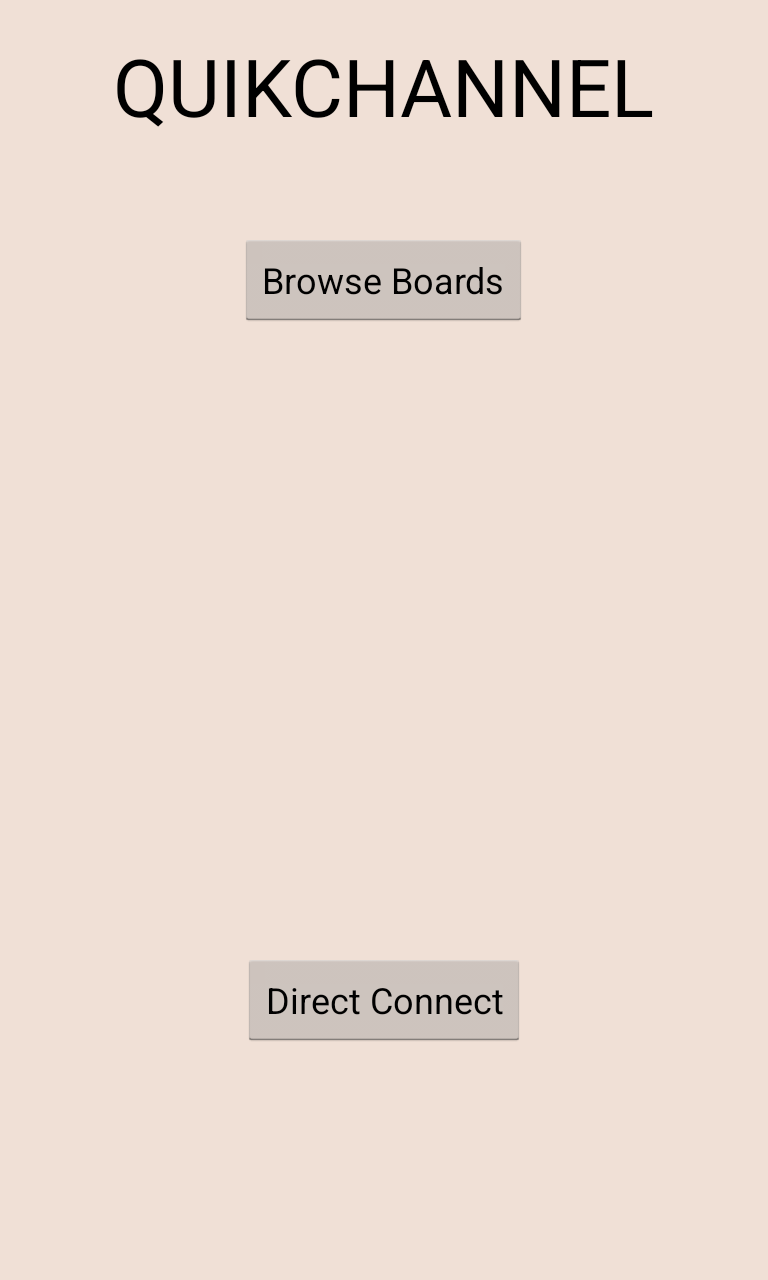
Repository: tomacoast/Quik-Channel
Layout: WorkspaceI/Quikchannel/res/layout/activity_main.xml
An editor plug-in stored every save of this project. The layout is shown before and after the next save, followed by the edit.
It is drawn on a 768 x 1280 px phone screen (xhdpi) without system bars, with theme AppTheme; the app's code is not run.

Above is the layout before, as saved 2014-05-21 06:35:10.

After the next save:
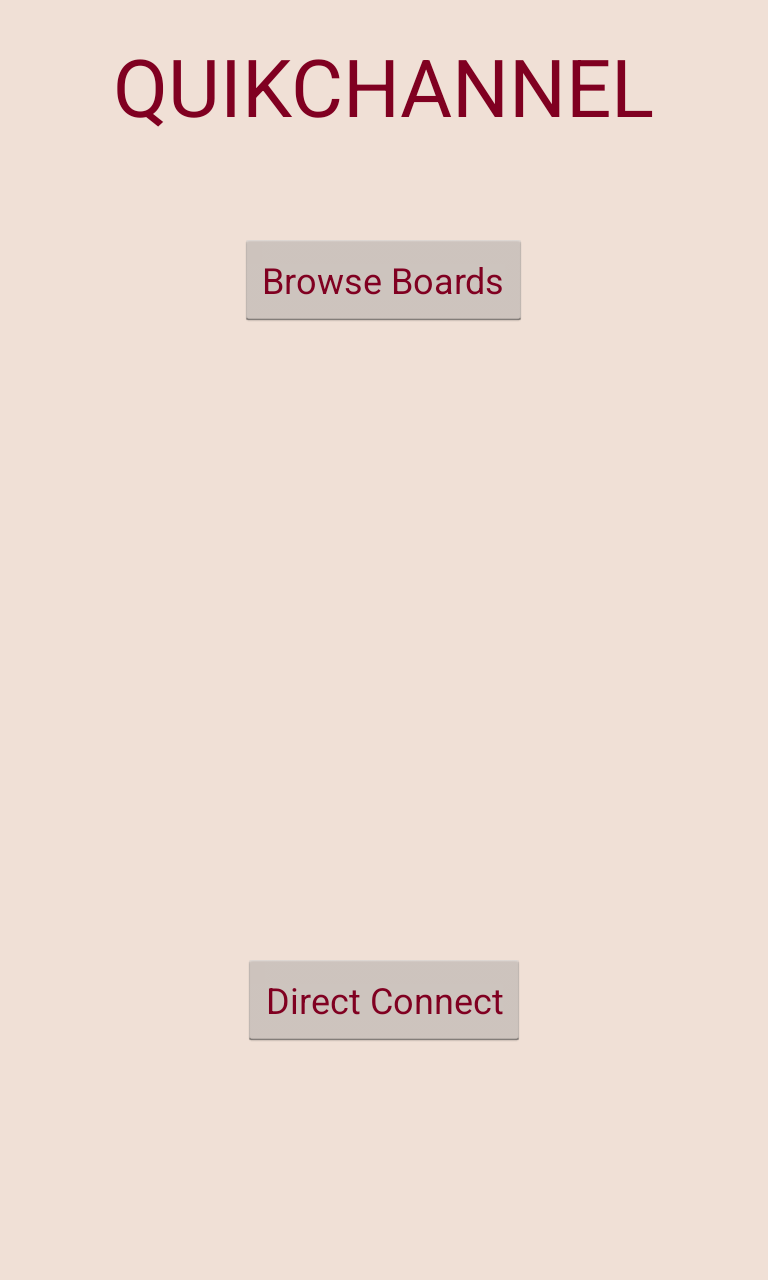
Saved 48 s later.
--- a/WorkspaceI/Quikchannel/res/layout/activity_main.xml
+++ b/WorkspaceI/Quikchannel/res/layout/activity_main.xml
@@ -15,6 +15,7 @@
         android:layout_height="wrap_content"
         android:layout_alignParentBottom="true"
         android:layout_centerHorizontal="true"
+        android:textColor="@color/text_color"
         android:layout_marginBottom="100dp"
         android:text="@string/direct_connect_button" />
 
@@ -25,6 +26,7 @@
         android:text="@string/main_title"
         android:textSize="40sp"
         android:layout_centerHorizontal="true"
+        android:textColor="@color/text_color"
         android:textAppearance="?android:attr/textAppearanceLarge" />
 
     <Button
@@ -35,6 +37,7 @@
         android:layout_centerHorizontal="true"
         android:layout_below="@id/textView1"
         android:layout_marginTop="100dp"
+        android:textColor="@color/text_color"
         android:text="@string/browse_boards_button" />
 
 </RelativeLayout>
